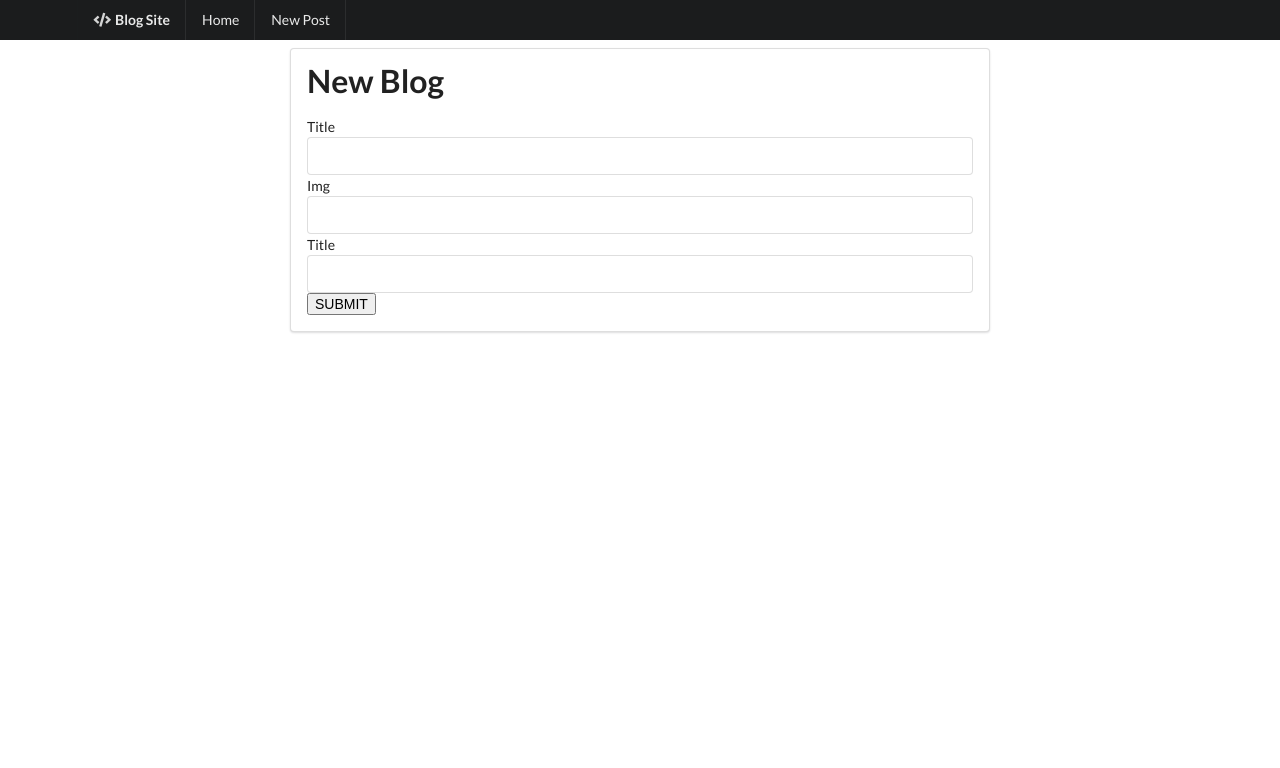
Repository: VictorWangwz/Web-Development
Page: http://localhost/blogs/new
The author's editor kept a record of every edit. The page is drawn from the files as they stood at one moment, then again after the next edit.
The browser window is 1280 px wide. The pictures show the whole page.
Some web libraries are served in a nearby version. The page is served by the project's Node server (RESTfulLearn/app.js).

Above is the page before.

### RESTfulLearn/views/new.ejs

<%include ./partials/header%>
<div class="ui main text container segment">
    <div class="ui huge header">New Blog</div>
    <form class="ui form" action="/blogs" method="POST">
        <div class="filed">
            <label>Title</label>
            <input type="text", name="blog[title]" placehold="title">
        </div>
        <div class="filed">
            <label>Img</label>
            <input type="text", name="blog[img]" placehold="img">
        </div>
        <div class="filed">
            <label>Title</label>
            <input type="text", name="blog[body]" placehold="body">
        </div>
        <button class="btn btn-primary">SUBMIT</button>
    </form>
</div>


<%include ./partials/footer%>

### RESTfulLearn/views/partials/header.ejs
<!DOCTYPE html>
<html>
<head>
	<title>Rest</title>
	<link rel="stylesheet" href="https://cdnjs.cloudflare.com/ajax/libs/semantic-ui/2.3.0/semantic.min.css">
    <link rel="stylesheet" type="text/css" href="/stylesheets/app.css">
</head>
<body>
	<div class ="ui fixed inverted menu">
	    <div class="ui container">
	        <div class="header item"><i class="code icon"></i>Blog Site</div>
    	    <a href="/" class="item">Home</a>
    	    <a href="/blogs/new" class="item">New Post</a>
	    </div>
	 </div>

### RESTfulLearn/app.js
var express=require("express");
var app=express();
var bodyParser=require("body-parser");
var mongoose=require("mongoose");
var methodOverride=require("method-override");
var expressSanitizer=require("express-sanitizer");

mongoose.connect("mongodb://localhost/REST");
app.use(bodyParser.urlencoded({extended:true}));
app.use(expressSanitizer());
app.use(express.static("public"));
app.set("view engine","ejs");
app.use(methodOverride("_method"));

var restSchema=new mongoose.Schema({
    title:String,
    img:String,
    body:String,
    created:{
        type:Date,
        default:Date.now
    }
});
var Rest=mongoose.model("Rest",restSchema);

// Rest.create({
//     title:"Zhen",
//     img:"https://encrypted-tbn0.gstatic.com/images?q=tbn:ANd9GcSEFEF0tRiGzg3Y-ZO_CAW8pAQtHD0sr9pezqUMuXCni1Ko4xuz",
//     body:"hello"
// });
app.get("/",function(req,res){
    res.redirect("/blogs")
});
//Index
app.get("/blogs",function(req,res){

    Rest.find({},function(err,blogs){
        // console.log(blogs);
        if(!err)
         res.render("index",{blogs:blogs})
    })
});
//New
app.get("/blogs/new",function(req, res) {
    res.render("new");
})
//Create
app.post("/blogs",function(req,res){
 req.body.blog.body=req.sanitize(req.body.blog.body);
   Rest.create(req.body.blog,function(err,blog){
       if(!err){

           res.redirect("/blogs");
       }
   });
});
//show
app.get("/blogs/:id",function(req, res) {

    Rest.findById(req.params.id,function(err,foundBlog){
        if(err){
            res.redirect("/");
        }else{
            res.render("show",{blog:foundBlog});
        }
    })
});
//edit
app.get("/blogs/:id/edit",function(req, res) {
    Rest.findById(req.params.id,function(err,foundBlog){
      if(!err){
           res.render("edit",{blog:foundBlog});
      }
    });
});
//update
app.put("/blogs/:id",function(req,res){
    Rest.findByIdAndUpdate(req.params.id,req.body.blog,function(err,updatedBlog){
        if(!err){
            res.redirect("/blogs/"+req.params.id);
        }
    });
});
//destroy
app.delete("/blogs/:id",function(req,res){
    Rest.findByIdAndRemove(req.params.id,function(err){
        if(!err){
            res.redirect("/blogs");
        }
    });
});


app.listen(process.env.PORT,process.env.IP,function(){
    console.log("server has started");
});

### RESTfulLearn/public/stylesheets/app.css
.icon{
    font-size:2em;
}
.segment {
    margin: 100px auto 0;
}
.container.main{
    margin-top:3em;
}
.container.index{
    margin-top:3em;
}
#delete{
    display:inline;
}
img{
    width:100%;
}

Loaded but not shown: RESTfulLearn/views/partials/footer.ejs (common file)

After the next edit:
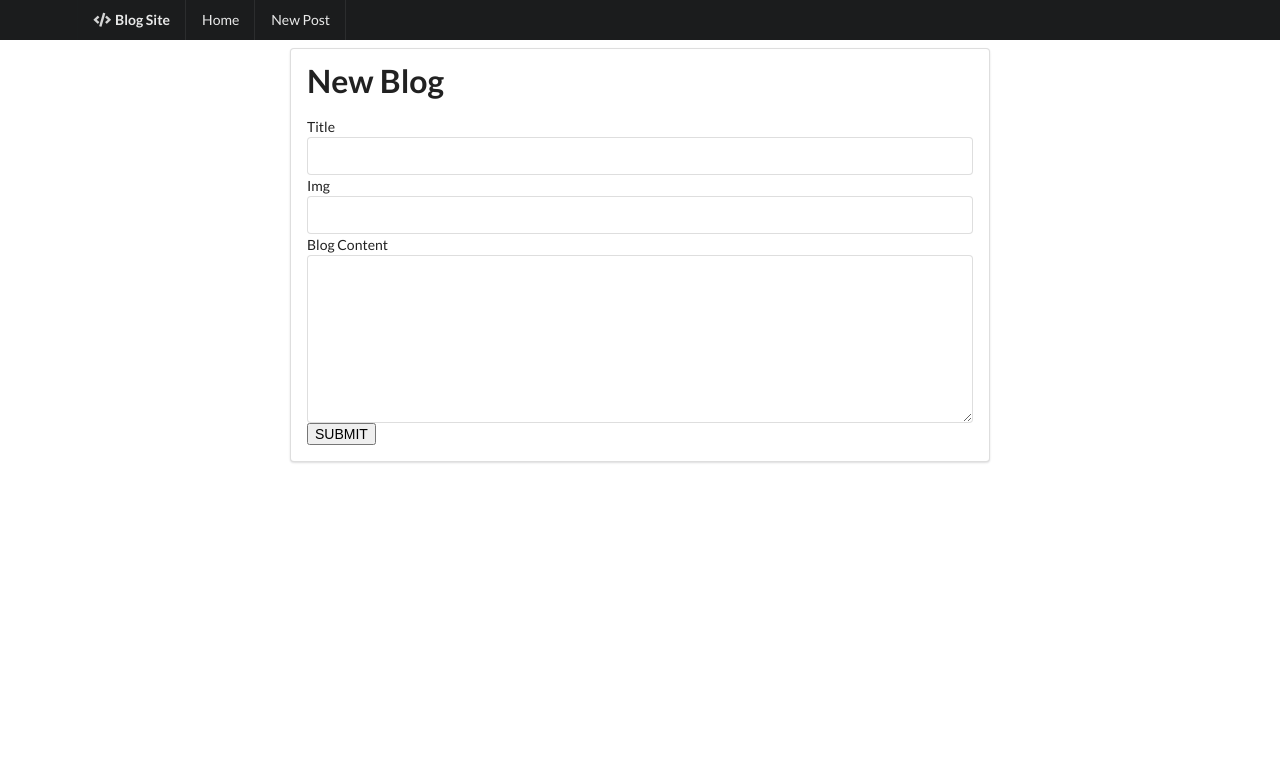
The edit:
--- a/RESTfulLearn/views/new.ejs
+++ b/RESTfulLearn/views/new.ejs
@@ -12,8 +12,9 @@
             <input type="text", name="blog[img]" placehold="img">
         </div>
         <div class="filed">
-            <label>Title</label>
-            <input type="text", name="blog[body]" placehold="body">
+            <label>Blog Content</label>
+            <textarea name="blog[body]"></textarea>
+
         </div>
         <button class="btn btn-primary">SUBMIT</button>
     </form>
